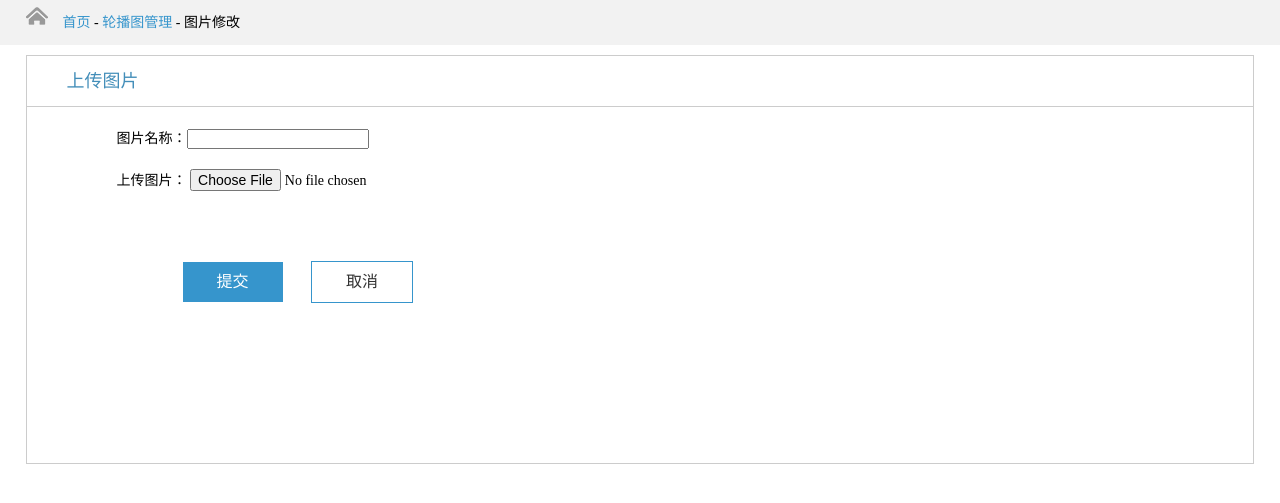
Repository: liaojingrui01/CarRepair
Page: http://localhost/CarWebPro/backstage/banneradd.jsp
An editor plug-in stored every save of this project. The page is shown before and after the next save, followed by the edit.
The browser window is 1280 px wide. The pictures show the whole page.
The page is served by Tomcat 9. Other server files are loaded and not shown.

Above is the page before, as saved 2019-07-01 03:22:24.

### CarWebPro/WebContent/backstage/banneradd.jsp
<%@ page language="java" contentType="text/html; charset=utf-8"
    pageEncoding="utf-8"%>
<!DOCTYPE html PUBLIC "-//W3C//DTD XHTML 1.0 Transitional//EN" "http://www.w3.org/TR/xhtml1/DTD/xhtml1-transitional.dtd">
<html xmlns="http://www.w3.org/1999/xhtml">
<head>
<meta http-equiv="Content-Type" content="text/html; charset=utf-8" />
<title>轮播图</title>
<link rel="stylesheet" type="text/css" href="./css/css.css" />
<script type="text/javascript" src="./js/jquery.min.js"></script>
</head>
<body>
	<div id="pageAll">
		<div class="pageTop">
			<div class="page">
				<img src="./img/coin02.png" /><span><a href="./#">首页</a>&nbsp;-&nbsp;<a
					href="./#">轮播图管理</a>&nbsp;-</span>&nbsp;图片修改
			</div>
		</div>
		<div class="page " >
			<!-- 上传广告页面样式 -->
			<div class="banneradd bor">
				<div class="baTop">
					<span>上传图片</span>
				</div>
				<form action="UpFileServlet?op=saveImg" method="post"  enctype="multipart/form-data" >
				<div class="baBody" >
					<div class="bbD">
						图片名称：<input type="text" name="bannerName">
					</div>
					<div class="bbD">
						上传图片：
						<input type="file" name="bannerImg">
						<!-- <div class="bbDd">
							<div class="bbDImg">+</div>
						</div> -->
					</div>
					<div class="bbD">
						<p class="bbDP">
							<button type="submit" class="btn_ok btn_yes">提交</button>
							<a class="btn_ok btn_no" href="./#">取消</a>
						</p>
					</div>
				</div>
				</form>
			</div>

			<!-- 上传广告页面样式end -->
		</div>
	</div>
</body>
</html>

### CarWebPro/WebContent/backstage/css/css.css
@charset "utf-8";

* {
	padding: 0;
	margin: 0;
	font-family: "Microsoft YaHei";
	font-size: 14px;
}
#hides{display: none;}
a {
	text-decoration: none;
}

li {
	list-style-type: none;
}

/*全局定义css*/
#pageAll {
	width: 100%;
	overflow: hidden;
}

#pageAll .page {
	width: 96%;
	margin: 0px auto;
}

.pageTop {
	width: 100%;
	height: 45px;
	line-height: 45px;
	background-color: #f2f2f2;
}

.pageTop span {
	margin-left: 15px;
}

.pageTop a {
	color: #3695cc;
}

/*表格和 分页公共CSS*/
table {
	border-collapse: collapse;
}

tr {

}

td {
	text-align: center;
	border: 1px solid #dcdbdb;
}

.tdColor {
	height: 40px;
	background-color: #f2f2f2;
	color: #438eb9;
}

.tdC {
	color: #333;
}

.paging {
	width: 100%;
	margin-top: 50px;
	margin-bottom: 90px;
	text-align: right;
}
/*表格和 分页公共CSS end*/

/*广告页面CSS*/
.banner {

}

.banner .add {
	width: 100%;
	height: 120px;
}

.addA {
	display: inline-block;
	width: 160px;
	height: 35px;
	background-color: #47a4e1;
	line-height: 35px;
	text-align: center;
	color: #fff;
	margin-top: 40px;
	margin-left: 40px;
	font-size: 16px;
}
.hbHides1{display: none;}
.banner .banShow {

}

.banner .banShow .bsImg {
	margin-top: 15px;
	margin-bottom: 15px;
	width: 185px;
	height: 90px;
	overflow: hidden;
	margin-left: 66px;
}

.banner .banShow .bsImg img {
	max-width: 100%;
	max-height: 100%;
}

.banner .banShow .bsA {
	color: #333;
}

.operation {
	margin-left: 5px;
	margin-right: 5px;
	cursor: pointer;
}

.banDel {
	width: 100%;
	height: 100%;
	background-color: rgba(0, 0, 0, 0.29);
	position: fixed;
	top: 0px;
	display: none;
}

.cutMoney {
	width: 100%;
	height: 100%;
	background-color: rgba(0, 0, 0, 0.29);
	position: fixed;
	top: 0px;
	display: none;
}

.delete {
	width: 460px;
	margin: auto;
	background-color: #fff;
	text-align: center;
	position: relative;
	top: 20%;
}

.delete .close {
	height: 30px;
	text-align: right;
}

.delete .close img {
	margin-right: 5px;
	margin-top: 5px;
	cursor: pointer;
}

.banDel .delete .delP1 {
	margin-top: 40px;
	font-size: 20px;
}

.banDel .delete .delP2 {

}

.banDel .delete .delP2 .ok {
	display: inline-block;
	width: 100px;
	height: 40px;
	line-height: 40px;
	background-color: #3695cc;
	color: #fff;
	margin-top: 65px;
	margin-left: 25px;
	margin-right: 25px;
	font-size: 16px;
	cursor: pointer;
	margin-bottom: 65px;
}

.banDel .delete .delP2 .yes {
	color: #333;
	background-color: #fff;
	border: 1px solid #3695cc;
}

.banDel .delete .delP2 .no {

}
/*广告页面CSS end*/

/*广告上传编辑页面CSS*/
.bor {
	border: 1px solid #ccc;
}

.banneradd {
	margin-bottom: 160px;
	margin-top: 10px;
}

.baTopNo {
	width: 100%;
	border: none;
}

.baTopNo span {
	height: 50px;
	line-height: 50px;
	margin-left: 40px;
	font-size: 18px;
	color: #438eb9;
}

.baTop {
	width: 100%;
	border-bottom: 1px solid #ccc;
}

.baTop span {
	height: 50px;
	line-height: 50px;
	margin-left: 40px;
	font-size: 18px;
	color: #438eb9;
}

.baBody {
	margin-top: 20px;
	margin-left: 90px;
}

.bbD {
	margin-top: 20px;
}

.bbD .bbDP {

}

.bbD .bbDP .btn_ok {
	display: inline-block;
	width: 100px;
	height: 40px;
	line-height: 40px;
	background-color: #3695cc;
	color: #fff;
	margin-top: 50px;
	margin-right: 25px;
	font-size: 16px;
	cursor: pointer;
	text-align: center;
	margin-bottom: 160px;
	border: none;
}

.bbD .bbDP .btn_no {
	color: #333;
	background-color: #fff;
	border: 1px solid #3695cc;
}

.bbD .bbDP .btn_yes {
	margin-left: 66px;
}

.bbD .bbDd {
	width: 280px;
	height: 210px;
}
.bbD .selCss{
	width: 300px;
    height: 40px;
    border: 1px solid #ccc;
    text-indent: 15px;
}

.bbD .input1 {
	width: 300px;
	height: 40px;
	border: 1px solid #ccc;
	text-indent: 15px;
}

.bbD .input2 {
	width: 100px;
	height: 40px;
	border: 1px solid #ccc;
}

.bbD .input3 {
	width: 240px;
	height: 40px;
	border: 1px solid #ccc;
	text-indent: 15px;
	margin-left: 10px;
}
.bbD .UPimgD{width: 155px;height: 175px;position: relative;left: 83px;top: -20px;}
.bbD .UPimgD img.img{width: 100%;}
.bbD .UPimgD .FileD{width: 155px;height: 175px;overflow: hidden;position: absolute;top: 0px;}
.bbD .UPimgD .FileD .addFile{width: 100%;height: 100%;opacity: 0;filter: Alpha(Opacity=0);}
.bbD .bbDImg {
	width: 160px;
	height: 180px;
	background-color: #c6c6c6;
	text-align: center;
	line-height: 180px;
	font-size: 55px;
	color: #fff;
	margin-left: 72px;
	margin-top: -16px;
}

.bbD .bbDImg .Img1 {
	width: 160px;
	height: 180px;
	margin-top: -180px;
}

.bbD .file {
	width: 160px;
	height: 180px;
	position: relative;
	top: -180px;
	left: 45px;
	opacity: 0;
	filter: alpha(opacity = 0);
}

.bbD .bbDDel {
	float: right;
	margin-top: -20px;
	color: #ff0000;
}

.bbD label {
	margin-left: 15px;
	margin-right: 15px;
}

/*广告上传编辑页面CSS*/

/*意见管理页面CSS*/
.opinion {

}

.opinion .opShow {
	margin-top: 40px;
	margin-bottom: 95px;
}
/*意见管理页面CSS end*/

/*行家管理页面CSS*/
.connoisseur {

}

.conShow {
	margin-top: 30px;
}

.onsImg {
	width: 75px;
	height: 75px;
	margin-top: 25px;
	margin-left: 46px;
	overflow: hidden;
	margin-bottom: 25px;
}

.onsImg img {
	max-width: 100%;
	max-height: 100%;
}

.cfD {
	margin-top: 15px;
}

.cfD select {
	width: 200px;
	height: 30px;
	border: 1px solid #ccc;
	margin-left: 15px;
	margin-right: 45px;
	color: #999;
	text-indent: 15px;
}

.cfD .bselect {
	width: 140px;
}

.cfD label {
	margin-left: 20px;
}

.cfD .lar {
	margin-right: 45px;
}

.cfD .addUser {
	width: 220px;
	height: 30px;
	border: 1px solid #ccc;
	text-indent: 15px;
}

.cfD .button {
	margin-left: 10px;
	width: 135px;
	height: 30px;
	border: none;
	font-size: 16px;
	color: #fff;
	background-color: #47a4e1;
}

.cfD .addA1 {
	margin-top: 10px;
	margin-left: 120px;
}
/*行家管理页面CSS end*/

/*会员管理页面CSS*/
.vip {

}

.cfD .vpr {
	margin-right: 45px;
}

.cfD .vinput {
	width: 150px;
	height: 30px;
	border: 1px solid #ccc;
	text-indent: 15px;
}

.cfD .addA2 {
	margin-left: 30px;
}

.onsImgv {
	margin-left: 90px;
	margin-top: 25px;
}

.vip .vipinput {
	width: 55px;
	height: 25px;
	border: 1px solid #ccc;
	margin: 0px 10px;
}

.vip .vsAdd {
	display: inline-block;
	width: 50px;
	height: 25px;
	background-color: #2a9cdd;
	line-height: 25px;
	color: #fff;
	cursor: pointer;
	text-align: center;
}

.vip .vsAdd2 {
	background-color: white;
	color: #2a9cdd;
	border: 1px solid #2a9cdd;
	height: 23px;
	line-height: 23px;
	margin-left: 10px;
}

.bbD .vipHead {
	width: 75px;
	height: 75px;
	overflow: hidden;
	margin-top: -15px;
	margin-left: 82px;
}

.bbD .vipHead img {
	max-width: 100%;
	max-height: 100%;
}

.bbD .vipHead .vipP {
	position: relative;
	top: -17px;
	width: 100%;
	height: 15px;
	background-color: rgba(0, 0, 0, 0.25);
	color: #fff;
	text-align: center;
}

.bbD .vipHead .file1 {
	position: relative;
	top: -32px;
	width: 100%;
	height: 15px;
	background-color: rgba(0, 0, 0, 0.25);
	color: #fff;
	text-align: center;
	opacity: 0;
	filter: alpha(opacity = 0);
}

.bbD .vipHead1 {
	width: 75px;
	height: 75px;
	overflow: hidden;
	margin-top: -15px;
	margin-left: 105px;
}
.bbD .ptH{height: 40px;}

.bbD .btext2 {
	margin-top: -15px;
	margin-left: 105px;
}

.bbD .text2 {
	max-width: 670px;
	min-width: 670px;
	max-height: 120px;
	min-height: 120px;
	color: #333;
	text-indent: 15px;
}

.bbD .btext {
	margin-top: -15px;
	margin-left: 82px;
}
.bbD .text5{width: 540px;height: 110px;}

.bbD .bsp2{
    position: relative;
    top: -90px;
}
.bbD .bewm{
	width: 240px;
    height: 240px;
    border: 3px solid #807e7e;
    position: relative;
    top: -10px;
    left: 85px;
}

.bbD .bewm img{
	max-width: 100%;
}

.bbD .btext .text1 {
	max-width: 670px;
	min-width: 670px;
	max-height: 240px;
	min-height: 240px;
	color: #333;
	text-indent: 15px;
}

/*会员管理页面CSS end*/
.cfD .timeInput {
	width: 170px;
	height: 30px;
	border: 1px solid #ccc;
	text-indent: 15px;
}

/*话题管理页面CSS*/
.topic {

}

.topicP {
	margin-top: -5px;
	margin-bottom: 15px;
}

.topic .topicP .topicImg {
	margin-left: 10px;
}
/*话题管理页面CSS end*/

/*心愿管理页面 、约见管理页面CSS*/
.wishShow {
	margin-top: 30px;
}

.wishShow .wishImgv {
	margin-left: 60px;
}

.onsInmA {
	margin-left: 100px;
}

.tpapA {
	color: #333;
}

#inputSTWish {
	width: 100px;
}
/*心愿管理页面CSS、、约见管理页面CSS end*/
.cfD .userinput {
	width: 220px;
	height: 40px;
	border: 1px solid #ccc;
	text-indent: 15px;
	color: #999;
}

.cfD .userbtn {
	margin-left: 60px;
	width: 135px;
	height: 40px;
	border: none;
	font-size: 16px;
	color: #fff;
	background-color: #47a4e1;
}

/*修改密码*/
.bacen {
	margin: auto;
	width: 400px;
	margin-top: 60px;
}

.imga {
	display: none;
}

.imgb {
	display: none;
}

/*新增加弹出框样式    增加金额和减少金额   hy*/
/*.addMoney{}
.addMoney .addDivs{}
.addMoney .addDivs .addDimg{}
.addMoney .addDivs .addDimg{}*/
.addDivs .addDimg img.user {
	width: 100px;
	margin-top: 50px;
}

.addDivs .addDName {
	font-size: 16px;
	margin-top: 15px;
	color: #333;
}

.addDivs .addDps {
	margin-top: 20px;
	color: #666;
}

.addDivs .addDps input {
	height: 30px;
	border: 1px solid #ccc;
	text-indent: 10px;
}

.addDivs .addDps .come1 {
	width: 155px;
	height: 30px;
	margin-left: -5px;
	border: 1px solid #ccc;
	text-indent: 10px;
	color: #666;
}

.addDivs .addDps .come2 {
	width: 155px;
	height: 30px;
	margin-left: -5px;
	border: 1px solid #ccc;
	text-indent: 10px;
	color: #666;
}

.addDivs .addDps .area {
	border: 1px solid #ccc;
	text-indent: 10px;
	margin-left: 4px;
	width: 155px;
	min-width: 155px;
	max-width: 155px;
	height: 60px;
	min-height: 60px;
	max-height: 60px;
}

.addDivs .addDps .spanVIPs {
	position: relative;
	top: -44px;
	left: 5px;
}

.banDel .delete .delP2 .moneyAdd1 {
	background-color: #3695cc;
	color: white;
}

.banDel .delete .delP2 .moneyAdd2 {
	background-color: white;
	color: #3695cc;
	border: 1px solid #3695cc;
	height: 38px;
	line-height: 40px;
}

/*新样式修复***添加话题*/
.addHTs {
	display: inline-block;
	width: 40px;
	height: 18px;
	line-height: 18px;
	background-color: #47a4e1;
	color: white;
	padding: 4px;
	position: relative;
	top: -5px;
}


/*11.25   新地址选择页面CSS   公共样式   hy*/
.ctAlert{display: none;width: 100%;height: 100%;position: fixed;top: 0px;background-color: rgba(0, 0, 0, 0.4);}
.citys{width: 90%;margin: 0px auto;background-color: white;  margin-top: 50px;padding-bottom: 20px;}
.citys .getCtys{min-height: 50px;padding-top: 50px;padding-left: 40px;float: left;font-size: 16px;  color: #666;  width: 80%;}
.citys .closeCys{min-height: 50px;float: right;width: 120px;height: 40px;background-color: #3695cc;line-height: 50px;text-align: center;position:relative;top: 50px;right: 100px;color: white;font-size: 16px;cursor: pointer;}
.citys .cityDiv{clear: both;width: 90%;margin: 0px auto;  margin-bottom: 30px;}
.citys .cityDiv .cts{display: inline-block;width: 20px;height: 20px;font-size: 18px;color: #3695cc;}
.citys .cityDiv .ctn{display: inline-block;font-size: 16px;padding-left: 5px;padding-right: 5px;padding-bottom: 3px;cursor: pointer;color: #666;}
.citys .cityDiv .ctn:hover{color: white;background-color:#3695cc;}
/*添加进来的DIV*/
.citys .getCtys .ctn{display: inline-block;padding-left: 5px;padding-right: 5px;color: #3695cc;font-size: 16px;cursor: pointer;}
/*11.25   新地址选择页面CSS   公共样式   hy    end  */

Loaded but not shown: CarWebPro/WebContent/backstage/js/jquery.min.js (library)

After the next save:
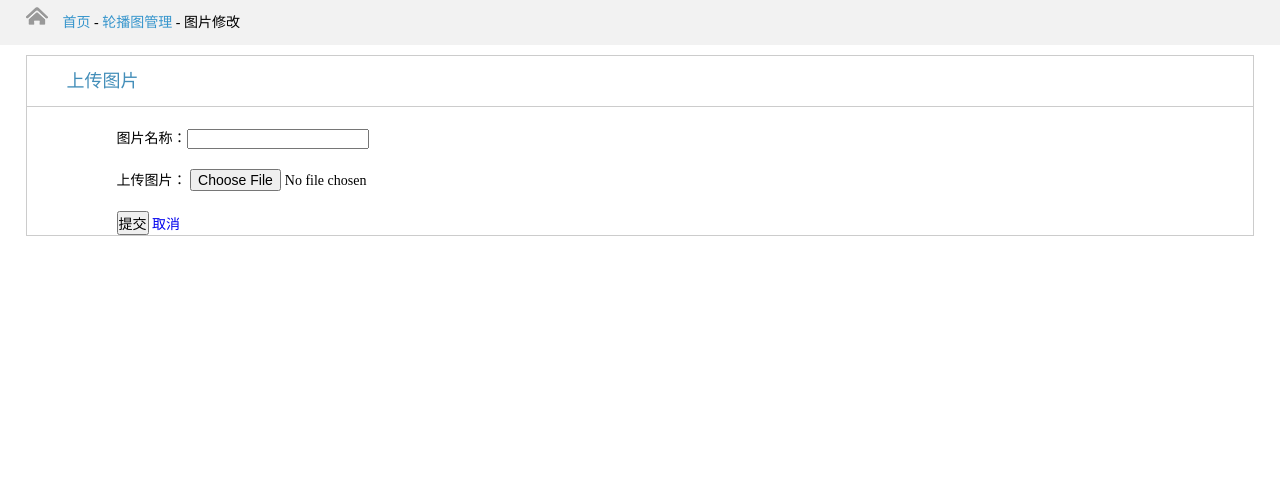
Saved 52 s later.
--- a/CarWebPro/WebContent/backstage/banneradd.jsp
+++ b/CarWebPro/WebContent/backstage/banneradd.jsp
@@ -35,10 +35,10 @@
 						</div> -->
 					</div>
 					<div class="bbD">
-						<p class="bbDP">
+
 							<button type="submit" class="btn_ok btn_yes">提交</button>
 							<a class="btn_ok btn_no" href="./#">取消</a>
-						</p>
+						<p class="bbDP"></p>
 					</div>
 				</div>
 				</form>
